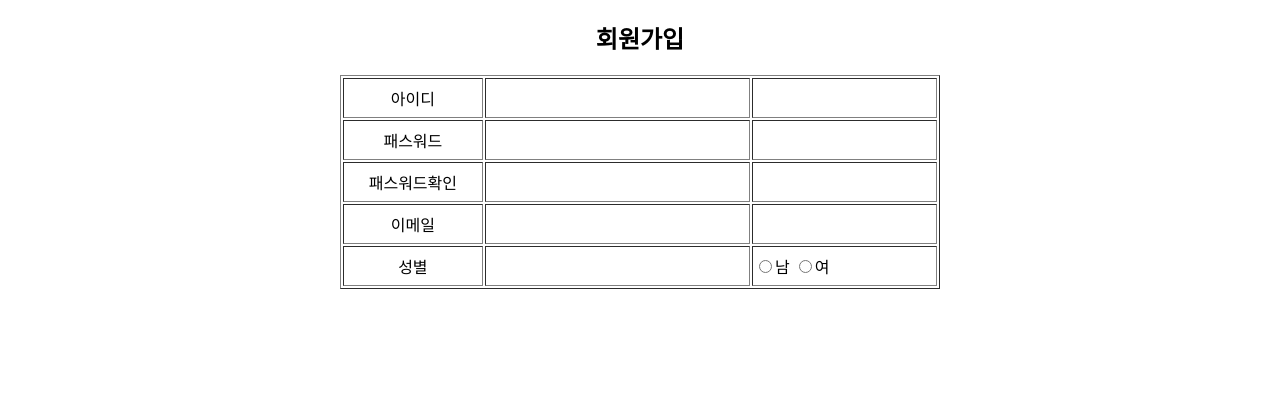
Repository: topblame/Bootcamp
Page: http://localhost/JSP_250408/chapter01/02_member.jsp
The author's editor kept a copy of each file at every save. The page is drawn from the files as they stood at one save, then again after the next save.
The browser window is 1280 px wide. The pictures show the whole page.
The page is served by Tomcat 9.

Above is the page before, as saved 2025-06-24 03:49:44.

After the next save:
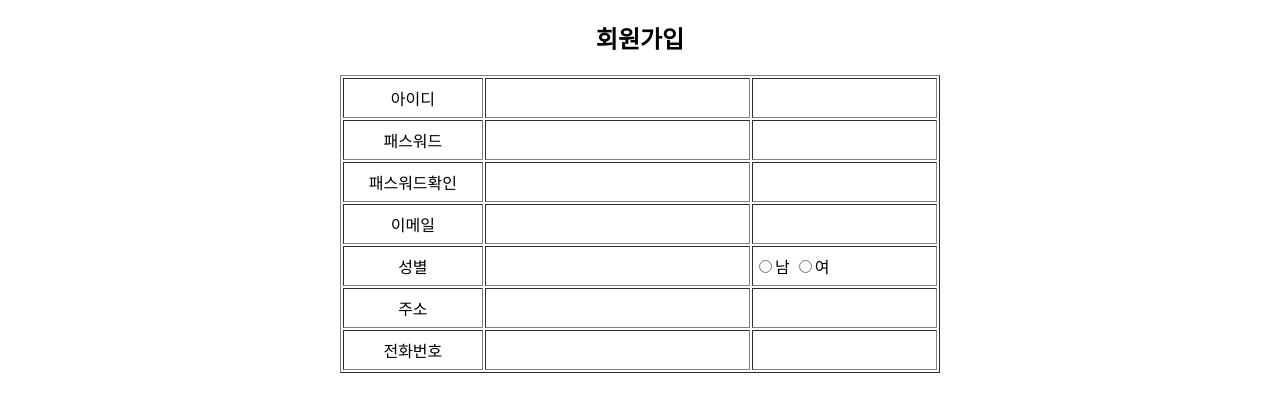
Saved 2 min 17 s later.
--- a/WebMvc/JSP_250408/src/main/webapp/chapter01/02_member.jsp
+++ b/WebMvc/JSP_250408/src/main/webapp/chapter01/02_member.jsp
@@ -53,6 +53,24 @@
 					</td>
 				</tr>
 
+				<tr height="40">
+					<td width="200" align="center">주소</td>
+					<td width = "400" align = "left"></td>
+					<td>
+						<input type="text" name= "address" style="border: none; outline: none;">
+
+					</td>
+				</tr>
+
+				<tr height="40">
+					<td width="200" align="center">전화번호</td>
+					<td width = "400" align = "left"></td>
+					<td>
+						<input type="phone" name= "phone" style="border: none; outline: none;">
+
+					</td>
+				</tr>
+
 			</table>
 		</form>
 	</center>
